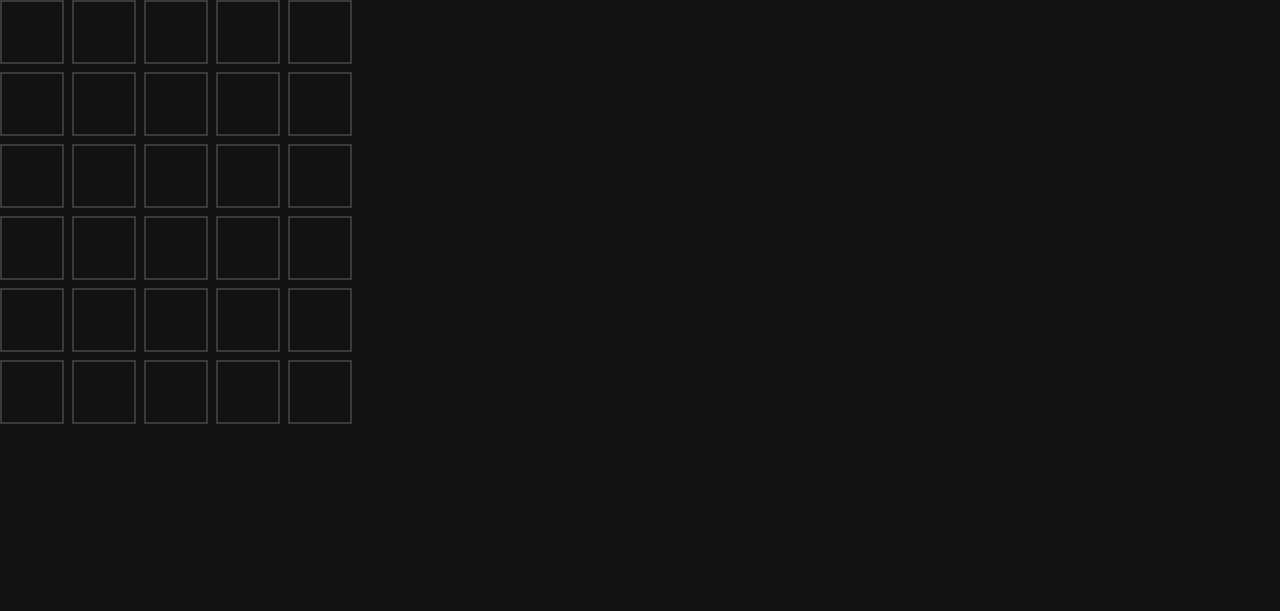
Repository: maxempolk/wordle-app
Page: / (app in frontend/)
The author's editor kept a copy of each file at every save. The page is drawn from the files as they stood at one save, then again after a run of saves.
The browser window is 1280 px wide. The pictures show the whole page.
The project was rebuilt for these pictures with package versions that can differ from the ones it lists, and the page was loaded fresh each time. Also part of the build but not shown: frontend/vite.config.ts.

Above is the page before, as saved 2025-02-19 03:09:06.

After the next 2 saves:
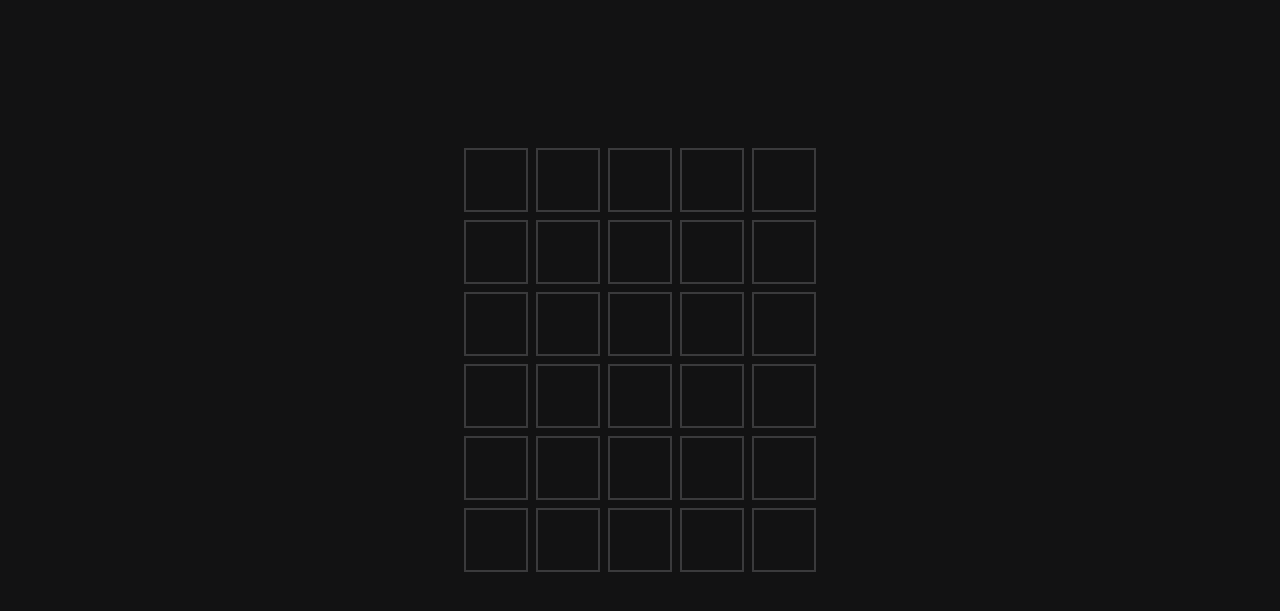
The 2 saves are shown as one change because they came seconds apart.
The last was saved 43 s later.
--- a/frontend/src/App.vue
+++ b/frontend/src/App.vue
@@ -47,8 +47,10 @@ const rawData = computed(() => {
 </script>
 
 <template>
-  <div class="grid gap-2 grid-cols-5 w-fit">
-    <TheLetter v-for="i in 30" :key="i" :model-value="rawData[i - 1]" ref="letter" />
+  <div class="flex w-screen h-screen justify-center items-center">
+    <div class="grid gap-2 grid-cols-5 w-fit">
+      <TheLetter v-for="i in 30" :key="i" :model-value="rawData[i - 1]" ref="letter" />
+    </div>
   </div>
 </template>
 
